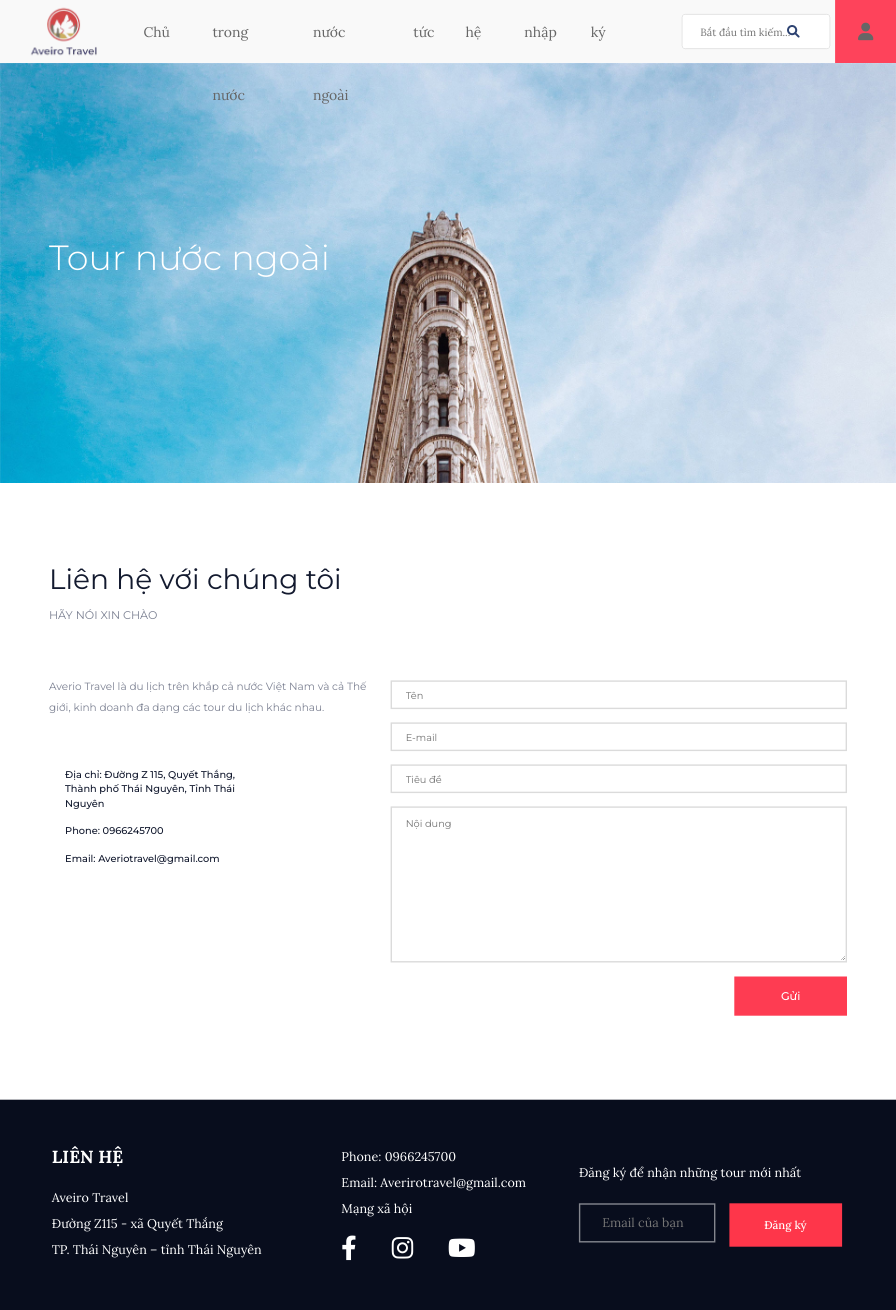
Repository: tuan842001/demotest
Page: /contact
These files come from the project's save history. The page is drawn as it stood at one moment and after the next save; the edit follows.
The browser window is 1280 px wide. The pictures show the whole page, at 70% of full size.
The project was rebuilt for these pictures with package versions that can differ from the ones it lists, and the page was loaded fresh each time. Also part of the build but not shown: src/components/header/HeaderHome.jsx, src/components/top/top.css, src/components/post/post.css, src/components/post/Post.jsx, src/components/intourPost/intourPost.css, src/components/intourPost/IntourPost.jsx, src/components/posts/posts.css, src/components/posts/Posts.jsx and 20 more.

Above is the page before, as saved 2021-10-16 23:23:09.

After the next save:
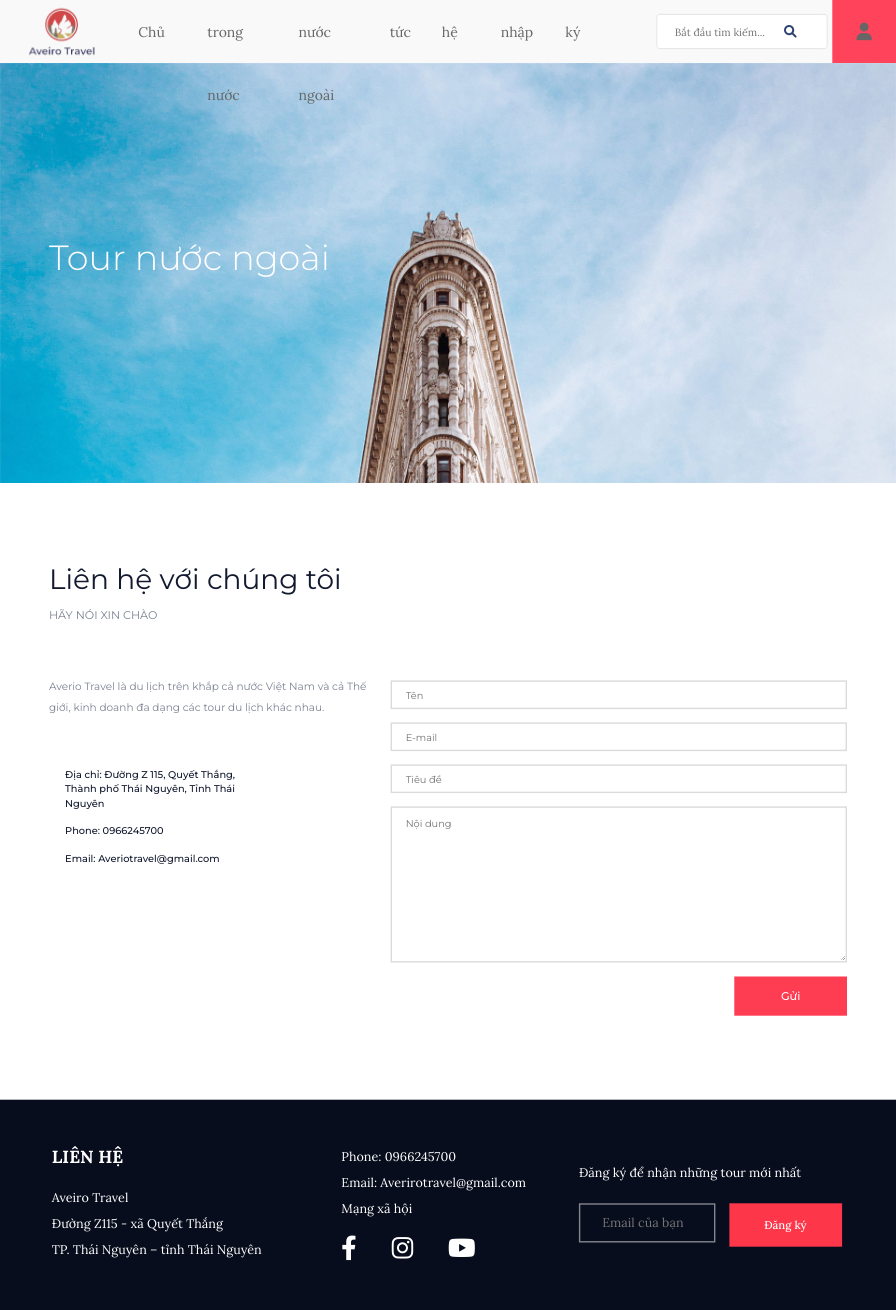
Saved 19 s later.
--- a/src/components/topbar/TopBar.jsx
+++ b/src/components/topbar/TopBar.jsx
@@ -112,7 +112,7 @@ export default function TopBar() {
                 placeholder="Bắt đầu tìm kiếm..."
               />
               <input
-                type="reset"
+                type="delete"
                 name="submit"
                 class="sm"
                 value=""
